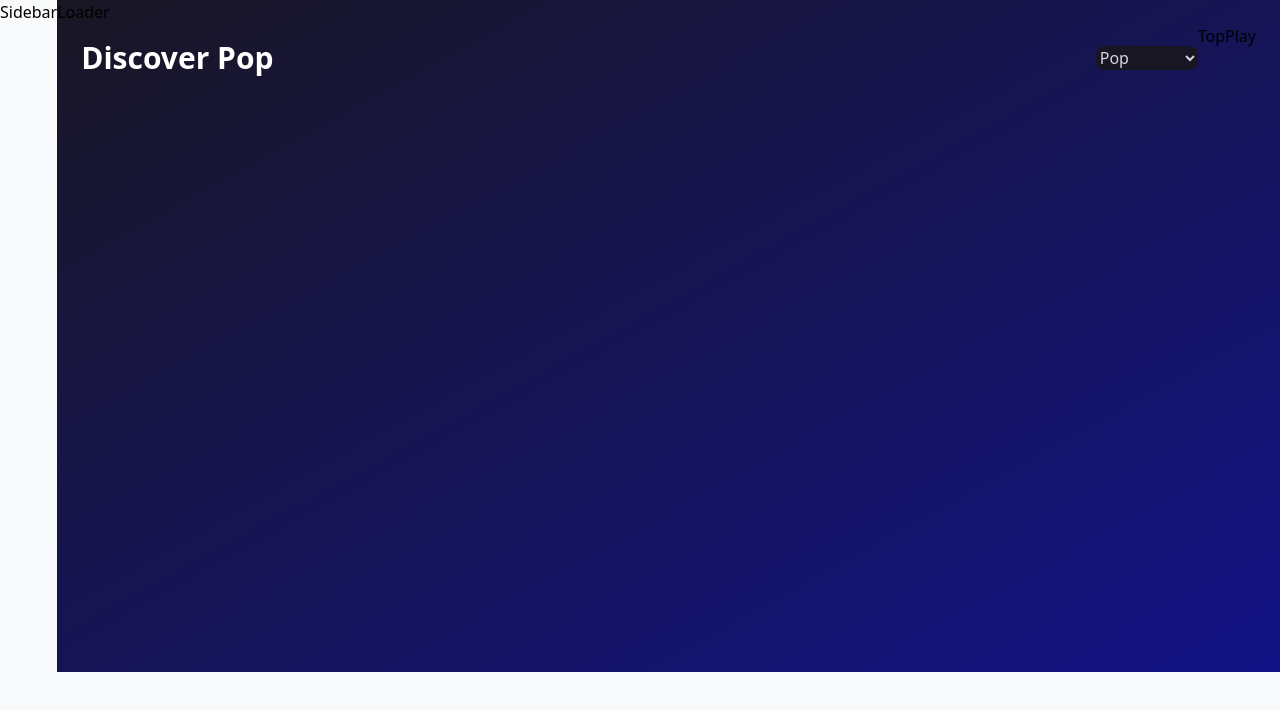
Repository: Chris24T/Dotify
Page: /
An editor plug-in stored every save of this project. The page is shown before and after a run of saves, followed by the edit.
The browser window is 1280 px wide. The pictures show the whole page.
The project was rebuilt for these pictures with package versions that can differ from the ones it lists, and the page was loaded fresh each time. Also part of the build but not shown: vite.config.js, src/components/ArtistCard.jsx, src/components/DetailsHeader.jsx, src/components/PlayPause.jsx, src/components/SongBar.jsx, src/components/RelatedSongs.jsx, src/components/MusicPlayer/Controls.jsx, src/components/MusicPlayer/Player.jsx and 12 more.

Above is the page before, as saved 2022-12-03 20:43:02.

### src/redux/features/playerSlice.js
import { createSlice } from '@reduxjs/toolkit';

const initialState = {
  currentSongs: [],
  currentIndex: 0,
  isActive: false,
  isPlaying: false,
  activeSong: {},
  genreListId: '',
};

const playerSlice = createSlice({
  name: 'player',
  initialState,
  reducers: {
    setActiveSong: (state, action) => {
      state.activeSong = action.payload.song;

      if (action.payload?.data?.tracks?.hits) {
        state.currentSongs = action.payload.data.tracks.hits;
      } else if (action.payload?.data?.properties) {
        state.currentSongs = action.payload?.data?.tracks;
      } else {
        state.currentSongs = action.payload.data;
      }

      state.currentIndex = action.payload.i;
      state.isActive = true;
    },

    nextSong: (state, action) => {
      if (state.currentSongs[action.payload]?.track) {
        state.activeSong = state.currentSongs[action.payload]?.track;
      } else {
        state.activeSong = state.currentSongs[action.payload];
      }

      state.currentIndex = action.payload;
      state.isActive = true;
    },

    prevSong: (state, action) => {
      if (state.currentSongs[action.payload]?.track) {
        state.activeSong = state.currentSongs[action.payload]?.track;
      } else {
        state.activeSong = state.currentSongs[action.payload];
      }

      state.currentIndex = action.payload;
      state.isActive = true;
    },

    playPause: (state, action) => {
      state.isPlaying = action.payload;
    },

    selectGenreListId: (state, action) => {
      state.genreListId = action.payload;
    },
  },
});

export const { setActiveSong, nextSong, prevSong, playPause, selectGenreListId } = playerSlice.actions;

export default playerSlice.reducer;

### src/pages/Discover.jsx
import { Error, Loader, SongCard } from '../components';
import { genres } from '../assets/constants';

const Discover = () => {
  const genreTitle = 'Pop';

  return (
    <div className="flex flex-col">
      <div className="w-full flex justify-between items-center sm:flex-row flex-col mt-4 mb-10">
        <h2 className="font-bold text-3xl text-white text-left">
          Discover {genreTitle}
        </h2>
        <select
          onChange={() => {}}
          value=""
          className="bg-black rounded-lg outline-none text-gray-300 sm:mt-0 mt-5"
        >
          {genres.map((genre) => (
            <option key={genre.value} value={genre.value}>
              {genre.title}
            </option>
          ))}
        </select>
      </div>
      <div className="flex flex-wrap sm:justify-start justify-center gap-8"></div>
    </div>
  );
};

export default Discover;

### src/assets/constants.js
import { HiOutlineHashtag, HiOutlineHome, HiOutlinePhotograph, HiOutlineUserGroup } from 'react-icons/hi';

export const genres = [
  { title: 'Pop', value: 'POP' },
  { title: 'Hip-Hop', value: 'HIP_HOP_RAP' },
  { title: 'Dance', value: 'DANCE' },
  { title: 'Electronic', value: 'ELECTRONIC' },
  { title: 'Soul', value: 'SOUL_RNB' },
  { title: 'Alternative', value: 'ALTERNATIVE' },
  { title: 'Rock', value: 'ROCK' },
  { title: 'Latin', value: 'LATIN' },
  { title: 'Film', value: 'FILM_TV' },
  { title: 'Country', value: 'COUNTRY' },
  { title: 'Worldwide', value: 'WORLDWIDE' },
  { title: 'Reggae', value: 'REGGAE_DANCE_HALL' },
  { title: 'House', value: 'HOUSE' },
  { title: 'K-Pop', value: 'K_POP' },
];

export const links = [
  { name: 'Discover', to: '/', icon: HiOutlineHome },
  { name: 'Around You', to: '/around-you', icon: HiOutlinePhotograph },
  { name: 'Top Artists', to: '/top-artists', icon: HiOutlineUserGroup },
  { name: 'Top Charts', to: '/top-charts', icon: HiOutlineHashtag },
];

Loaded but not shown: index.html (common file); src/index.jsx (common file); src/index.css (common file); src/App.jsx (common file); src/redux/store.js (common file); src/components/index.js (common file); src/pages/index.js (common file); src/components/Sidebar.jsx (common file); src/components/Searchbar.jsx (common file); src/components/TopPlay.jsx (common file); tailwind.config.js (common file); src/components/SongCard.jsx (common file)

After the next 2 saves:
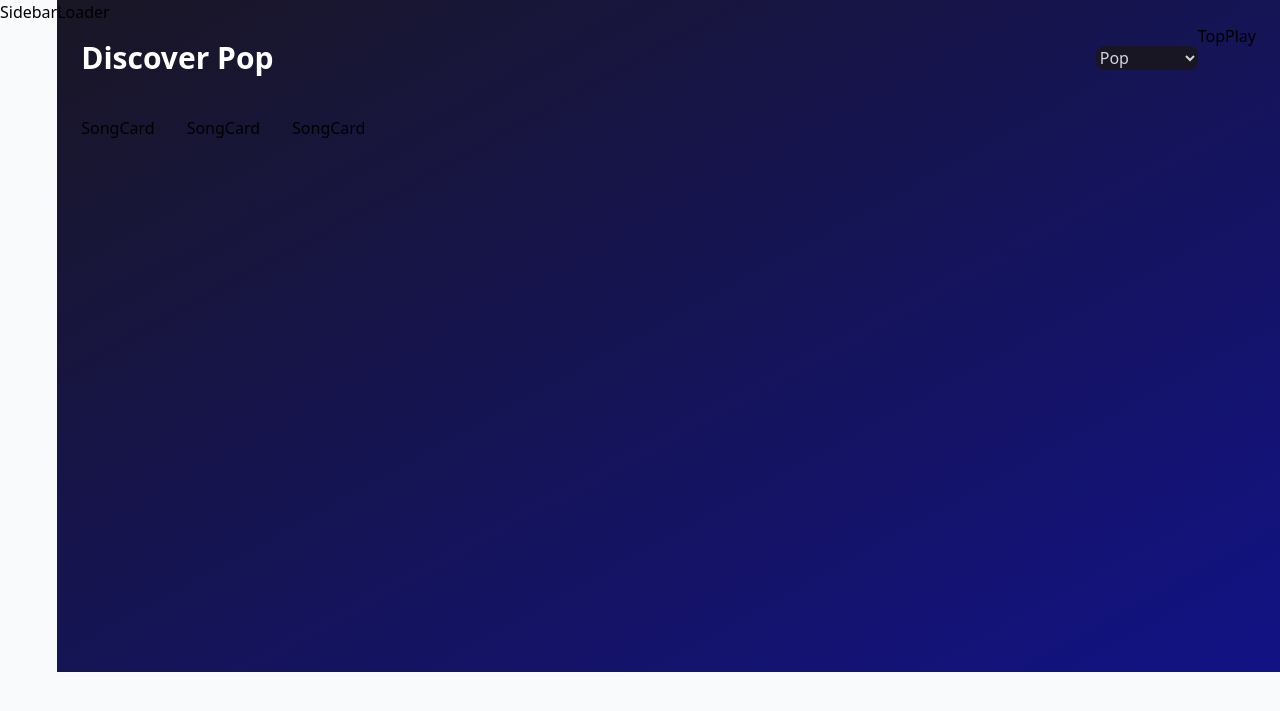
The 2 saves are shown as one change because 1 did not build or start.
The last was saved 88 s later.
--- a/src/pages/Discover.jsx
+++ b/src/pages/Discover.jsx
@@ -22,7 +22,11 @@ const Discover = () => {
           ))}
         </select>
       </div>
-      <div className="flex flex-wrap sm:justify-start justify-center gap-8"></div>
+      <div className="flex flex-wrap sm:justify-start justify-center gap-8">
+        {[2, 3, 4].map((song) => {
+          return <SongCard key={song.key} song={song}></SongCard>;
+        })}
+      </div>
     </div>
   );
 };
